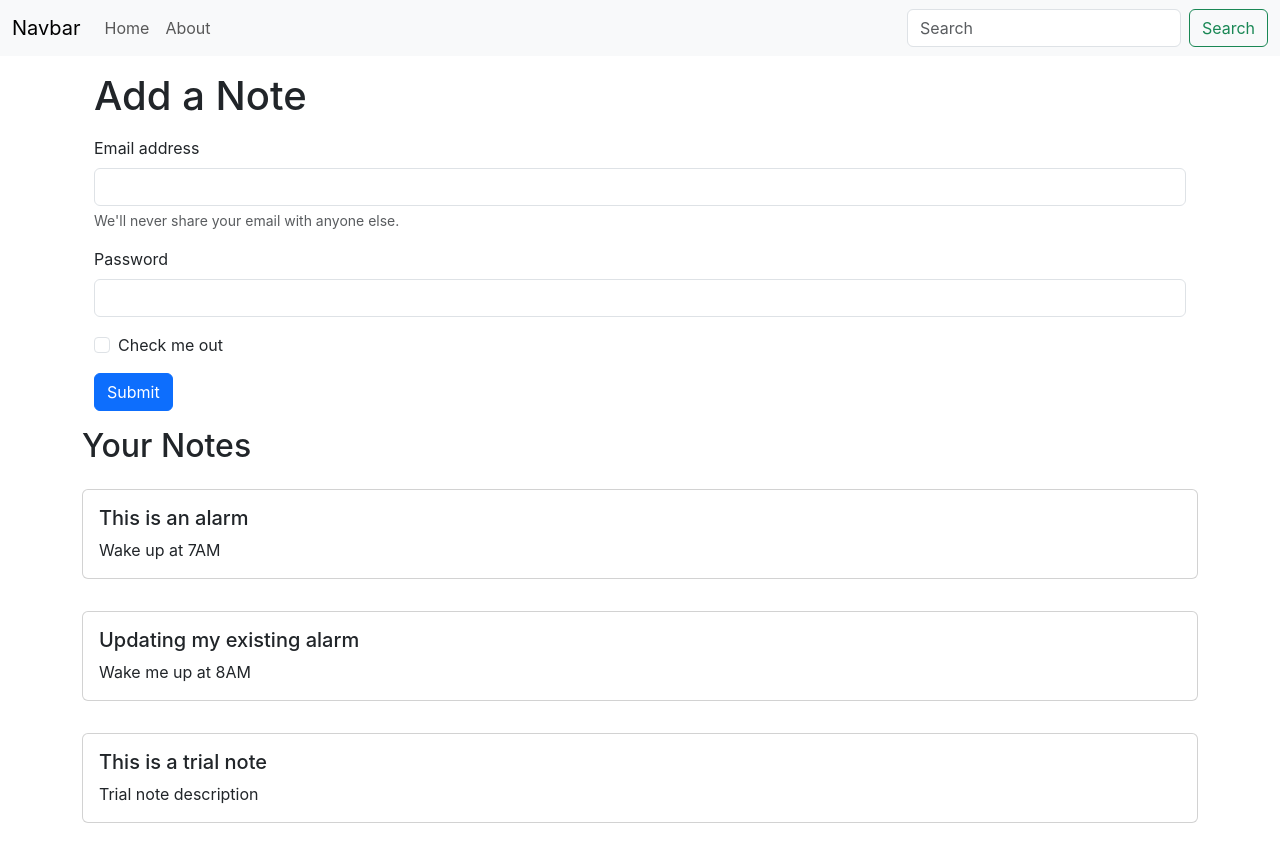
Repository: bhaveshdaipuria/inotebook
Page: /home
The author's editor kept a copy of each file at every save. The page is drawn from the files as they stood at one save, then again after the next save.
The browser window is 1280 px wide. The pictures show the whole page.
The project was rebuilt for these pictures with package versions that can differ from the ones it lists, and the page was loaded fresh each time. Also part of the build but not shown: src/App.css, src/components/About.js.

Above is the page before, as saved 2023-05-03 14:14:05.

### public/index.html
<!DOCTYPE html>
<html lang="en">
  <head>
    <meta charset="utf-8" />
    <link rel="icon" href="%PUBLIC_URL%/favicon.ico" />
    <meta name="viewport" content="width=device-width, initial-scale=1" />
    <meta name="theme-color" content="#000000" />
    <meta
      name="description"
      content="Web site created using create-react-app"
    />
    <link rel="apple-touch-icon" href="%PUBLIC_URL%/logo192.png" />
    <link href="https://cdn.jsdelivr.net/npm/bootstrap@5.3.0-alpha3/dist/css/bootstrap.min.css" rel="stylesheet" integrity="sha384-KK94CHFLLe+nY2dmCWGMq91rCGa5gtU4mk92HdvYe+M/SXH301p5ILy+dN9+nJOZ" crossorigin="anonymous">
    <!--
      manifest.json provides metadata used when your web app is installed on a
      user's mobile device or desktop. See https://developers.google.com/web/fundamentals/web-app-manifest/
    -->
    <link rel="manifest" href="%PUBLIC_URL%/manifest.json" />
    <!--
      Notice the use of %PUBLIC_URL% in the tags above.
      It will be replaced with the URL of the `public` folder during the build.
      Only files inside the `public` folder can be referenced from the HTML.

      Unlike "/favicon.ico" or "favicon.ico", "%PUBLIC_URL%/favicon.ico" will
      work correctly both with client-side routing and a non-root public URL.
      Learn how to configure a non-root public URL by running `npm run build`.
    -->
    <title>iNotebook</title>
  </head>
  <body>
    <noscript>You need to enable JavaScript to run this app.</noscript>
    <div id="root"></div>
    <!--
      This HTML file is a template.
      If you open it directly in the browser, you will see an empty page.

      You can add webfonts, meta tags, or analytics to this file.
      The build step will place the bundled scripts into the <body> tag.

      To begin the development, run `npm start` or `yarn start`.
      To create a production bundle, use `npm run build` or `yarn build`.
    -->
  </body>
  <script src="https://cdn.jsdelivr.net/npm/bootstrap@5.3.0-alpha3/dist/js/bootstrap.bundle.min.js" integrity="sha384-ENjdO4Dr2bkBIFxQpeoTz1HIcje39Wm4jDKdf19U8gI4ddQ3GYNS7NTKfAdVQSZe" crossorigin="anonymous"></script>
</html>

### src/App.js
import './App.css';
import Navbar from './components/Navbar';
import Home  from './components/Home';
import { BrowserRouter, Routes, Route } from 'react-router-dom';
import About from './components/About';
import NoteState from './context/notes/NoteState';

function App() {
  return (
    <>
    <NoteState>
    <BrowserRouter>
    <Navbar/>
    <div className='container'>
      <Routes>
      <Route exact path = '/home' element={<Home/>}/>
      <Route exact path = '/about' element={<About/>}/>
    </Routes>
    </div>
    </BrowserRouter>
    </NoteState>
    </>
  );
}

export default App;

### src/components/Navbar.js
import React, { useEffect } from "react";
import { Link, useLocation } from "react-router-dom";

function Navbar() {
  let location = useLocation();
  useEffect(()=>{
    console.log(location.pathname)
  }, [location]);
  return (
    <nav className="navbar navbar-expand-lg bg-body-tertiary">
      <div className="container-fluid">
        <Link className="navbar-brand" to="/">
          Navbar
        </Link>
        <button
          className="navbar-toggler"
          type="button"
          data-bs-toggle="collapse"
          data-bs-target="#navbarSupportedContent"
          _aria-controls="navbarSupportedContent"
          aria-expanded="false"
          aria-label="Toggle navigation"
        >
          <span className="navbar-toggler-icon"></span>
        </button>
        <div className="collapse navbar-collapse" id="navbarSupportedContent">
          <ul className="navbar-nav me-auto mb-2 mb-lg-0">
            <li className="nav-item">
              <Link className={`nav-link ${location.pathname === '/'?"active":""}`} aria-current="page" to="/home">
                Home
              </Link>
            </li>
            <li className="nav-item">
              <Link className={`nav-link ${location.pathname === '/about'?"active":""}`} to="/about">
                About
              </Link>
            </li>
          </ul>
          <form className="d-flex" role="search">
            <input
              className="form-control me-2"
              type="search"
              placeholder="Search"
              aria-label="Search"
            />
            <button className="btn btn-outline-success" type="submit">
              Search
            </button>
          </form>
        </div>
      </div>
    </nav>
  );
}

export default Navbar;

### src/components/Home.js
import React from 'react';
import Notes from './Notes';

function Home() {
  return (
    <div>
    <div className='container my-3'>
    <h1>Add a Note</h1>
    <form className='my-3'>
  <div className="mb-3">
    <label for="exampleInputEmail1" className="form-label">Email address</label>
    <input type="email" className="form-control" id="exampleInputEmail1" aria-describedby="emailHelp"/>
    <div id="emailHelp" className="form-text">We'll never share your email with anyone else.</div>
  </div>
  <div className="mb-3">
    <label for="exampleInputPassword1" className="form-label">Password</label>
    <input type="password" className="form-control" id="exampleInputPassword1"/>
  </div>
  <div className="mb-3 form-check">
    <input type="checkbox" className="form-check-input" id="exampleCheck1"/>
    <label className="form-check-label" for="exampleCheck1">Check me out</label>
  </div>
  <button type="submit" className="btn btn-primary">Submit</button>
</form>
</div>
<Notes/>
</div>
  )
}

export default Home;

### src/context/notes/NoteState.js
import NoteContext from "./noteContext";
import { useState } from "react";

const  NoteState = (props)=>{
    const notesInitial = [
        {
          "_id": "644f7e8be617961a0e690ce2",
          "user": "644f7d94e617961a0e690ccc",
          "title": "This is an alarm",
          "description": "Wake up at 7AM",
          "tag": "General",
          "date": "2023-05-01T08:55:39.717Z",
          "__v": 0
        },
        {
          "_id": "644f7ea9e617961a0e690ce5",
          "user": "644f7d94e617961a0e690ccc",
          "title": "Updating my existing alarm",
          "description": "Wake me up at 8AM",
          "tag": "Updated Alarm",
          "date": "2023-05-01T08:56:09.511Z",
          "__v": 0
        },
        {
          "_id": "644f8271f19dd960cfe94ffd",
          "user": "644f7d94e617961a0e690ccc",
          "title": "This is a trial note",
          "description": "Trial note description",
          "tag": "General",
          "date": "2023-05-01T09:12:17.622Z",
          "__v": 0
        }
      ]
      const [notes, setNotes] = useState(notesInitial)
    return(
        <NoteContext.Provider value={{notes, setNotes}}>
            {props.children}
        </NoteContext.Provider>
    )
}

export default NoteState;

### src/components/Notes.js
import React, {useContext} from 'react';
import noteContext from '../context/notes/noteContext';
import NoteItem from './NoteItem';

function Notes() {
    const context = useContext(noteContext);
    const {notes, setNotes} = context;
  return (
    <div className='row my-3'>
    <h2>Your Notes</h2>
    {notes.map((note)=>{
      return <NoteItem title={note.title} description={note.description}/>
    })}
    </div>
  )
}

export default Notes;

### src/components/NoteItem.js
import React from 'react'

function NoteItem({title, description}) {
  return (
    <div className='col-mid-3'>
    <div className='card my-3'>
        <div className='card-body'>
            <h5 className='card-title'>{title}</h5>
            <p className='card-text'>{description}</p>
        </div>
    </div>
    </div>
  )
}

export default NoteItem;

Loaded but not shown: src/index.js (common file); src/index.css (common file); src/context/notes/noteContext.js (common file)

After the next save:
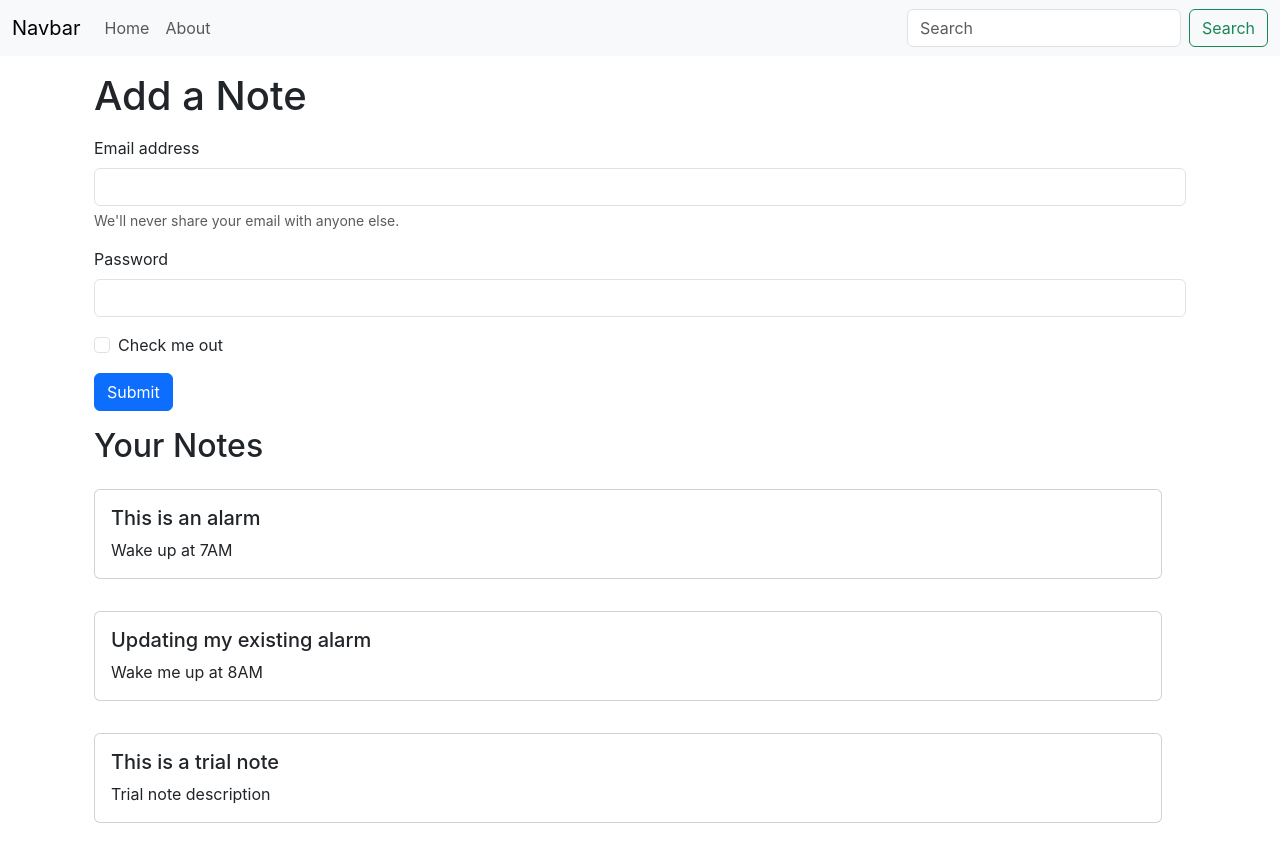
Saved 51 s later.
--- a/src/components/Notes.js
+++ b/src/components/Notes.js
@@ -6,7 +6,7 @@
     const context = useContext(noteContext);
     const {notes, setNotes} = context;
   return (
-    <div className='row my-3'>
+    <div className='container row my-3'>
     <h2>Your Notes</h2>
     {notes.map((note)=>{
       return <NoteItem title={note.title} description={note.description}/>
